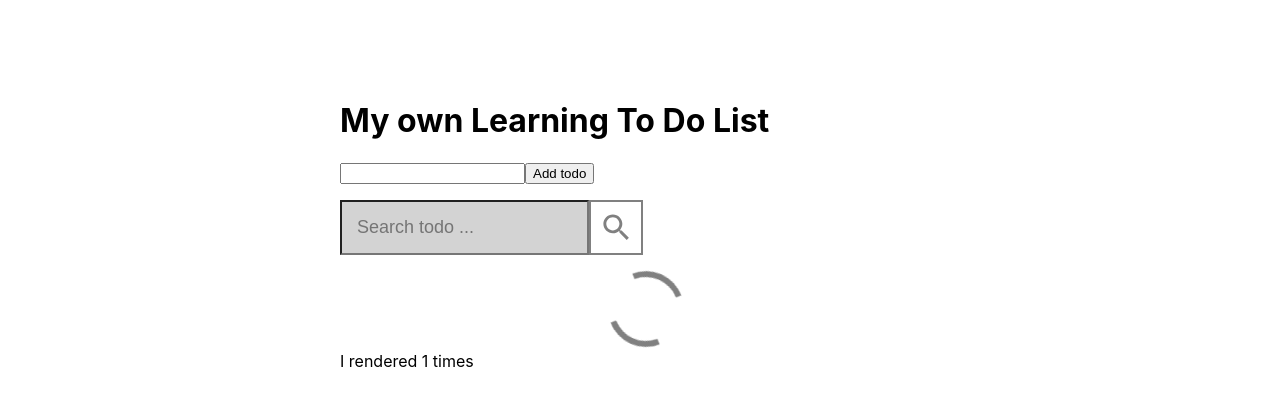
Repository: ArusyakAghajanyan/To-Do
Page: /
The author's editor kept a copy of each file at every save. The page is drawn from the files as they stood at one save, then again after the next save.
The browser window is 1280 px wide. The pictures show the whole page.
The page's requests for data from a server got no answer. The project was rebuilt for these pictures with package versions that can differ from the ones it lists, and the page was loaded fresh each time. No one was signed in, and anything a server would have sent is missing. Also part of the build but not shown: src/Todo/TodoItem.js, src/Todo/TodoList.js.

Above is the page before, as saved 2022-03-16 16:07:28.

After the next save:
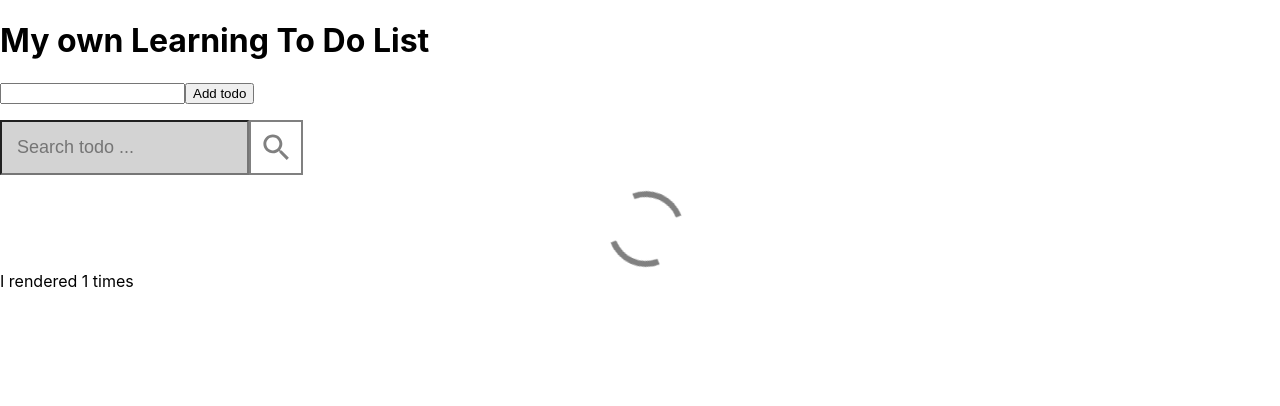
Saved 6 s later.
--- a/src/index.css
+++ b/src/index.css
@@ -11,11 +11,11 @@
   font-family: source-code-pro, Menlo, Monaco, Consolas, 'Courier New',
     monospace;
 }
-.wrapper {
+/* .wrapper {
   padding-top: 5rem;
   margin: 0 auto;
   width: 600px;
-}
+} */
 .rm {
   background: gray;
   border-radius: 50%;

After the save that followed:
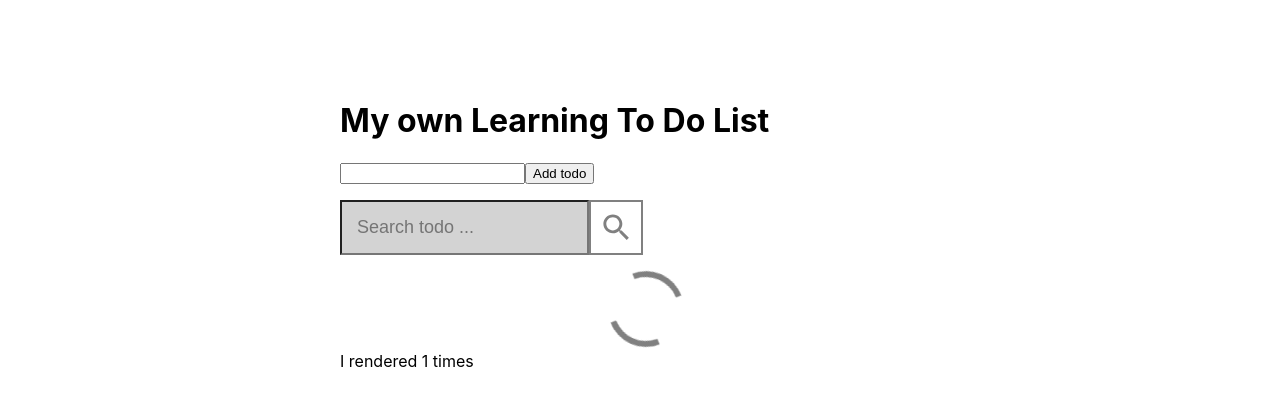
Saved 16 s later.
--- a/src/index.css
+++ b/src/index.css
@@ -11,11 +11,11 @@
   font-family: source-code-pro, Menlo, Monaco, Consolas, 'Courier New',
     monospace;
 }
-/* .wrapper {
+.wrapper {
   padding-top: 5rem;
   margin: 0 auto;
   width: 600px;
-} */
+}
 .rm {
   background: gray;
   border-radius: 50%;
